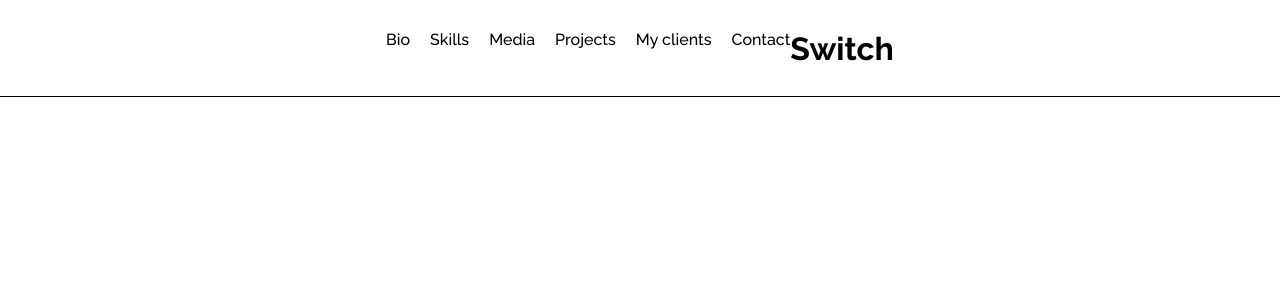
Repository: moataz305G/Personal-website
Page: index.html
The author's editor kept a copy of each file at every save. The page is drawn from the files as they stood at one save, then again after the next save.
The browser window is 1280 px wide. The pictures show the whole page.

Above is the page before, as saved 2025-12-10 10:01:11.

### index.html
<!DOCTYPE html>
<html lang="en">
  <head>
    <meta charset="UTF-8" />

    <meta name="viewport" content="width=device-width, initial-scale=1.0" />
    <link rel="preconnect" href="https://fonts.googleapis.com" />
    <link rel="preconnect" href="https://fonts.gstatic.com" crossorigin />
    <link
      href="https://fonts.googleapis.com/css2?family=Raleway:ital,wght@0,100..900;1,100..900&display=swap"
      rel="stylesheet"
    />

    <link rel="stylesheet" href="Style.css" />
    <title class="title">Moataz khimes</title>
  </head>
  <body>
    <div class="container">
      <header class="header">
        <nav class="navigation">
          <ul class="navigation__list">
            <li><a href="#" class="navigation__link">Bio</a></li>
            <li><a href="#" class="navigation__link">Skills</a></li>
            <li><a href="#" class="navigation__link">Media</a></li>
            <li><a href="#" class="navigation__link">Projects</a></li>
            <li><a href="#" class="navigation__link">My clients</a></li>
            <li><a href="#" class="navigation__link">Contact</a></li>
          </ul>
        </nav>

        <div class="tageel">
          <h1 class="tageel__title">Switch</h1>
        </div>
      </header>
    </div>
  </body>
</html>

### Style.css
:root {
  --container-width: 119rem;
  --guter: 6rem;

  --color-black: #000;
  --color-white: #fff;
  --color-blue: #2374e1;
  --color-lite-blue: #1d9bf0;
  --color-dark-blue: #0a66c2;
  --color-darker-blue: #143ce8;
  --color-red: #ff0000;
  --color-green: #03a696;
  --color-gray: #f6f6f6;
  --color-dark-green: #42959b;

  --color-background: var(--color-white);
  --color-text: var(--color-black);
  --color-box-img: var(--color-black);
  --color-link-bg: var(--color-black);
  --color-input-border: var(--color-black);

  --font-family-raleway: "Raleway", sans-serif;
  --font-family-poppins: "Poppins", sans-serif;

  --font-weight-regular: 400;
  --font-weight-medium: 500;
  --font-weight-semi-bold: 600;
  --font-weight-bold: 700;

  --font-size-70: 7rem;
  --font-size-65: 6.5rem;
  --font-size-40: 4rem;
  --font-size-38: 3.8rem;
  --font-size-24: 2.4rem;
  --font-size-22: 2.2rem;
  --font-size-20: 2rem;
  --font-size-18: 1.8rem;
  --font-size-15: 1.5rem;

  --transition-timing: 0.3s;
}
/* CSS Reset */
* {
  margin: 0;
  padding: 0;
}

*,
*::after,
*::before {
  box-sizing: border-box;
}

a {
  color: inherit;
  display: inline-block;
}

button {
  background-color: transparent;
  border: none;
  cursor: pointer;
}

ul,
ol {
  list-style: none;
}
/* END CSS Reset */
html {
  font-size: 62.5%;
  scroll-behavior: smooth;
  scroll-padding-top: 11rem;
}

body {
  font-size: 1.6rem;
  font-family: var(--font-family-raleway);
  background-color: var(--color-background);
  color: var(--color-text);
}

.container {
  max-width: var(--container-width);
  margin: 0 auto;
}
header {
  position: relative;
  padding: 3rem 0;
  display: flex;
  justify-content: center;
  z-index: 1;
}
.header::before {
  content: "";
  position: absolute;
  height: 100%;
  width: 100vw;
  border-bottom: 0.1rem solid var(--color-black);
  top: 0;
  z-index: 0;
}

.navigation__list {
  display: flex;
  gap: 2rem;
}
.navigation__link:link,
.navigation__link:visited {
  text-decoration: none;
  font-weight: var(--font-weight-medium);
}
.navigation__link:hover,
.navigation__link:active {
  text-decoration: underline;
  color: var(--color-text);
}

After the next save:
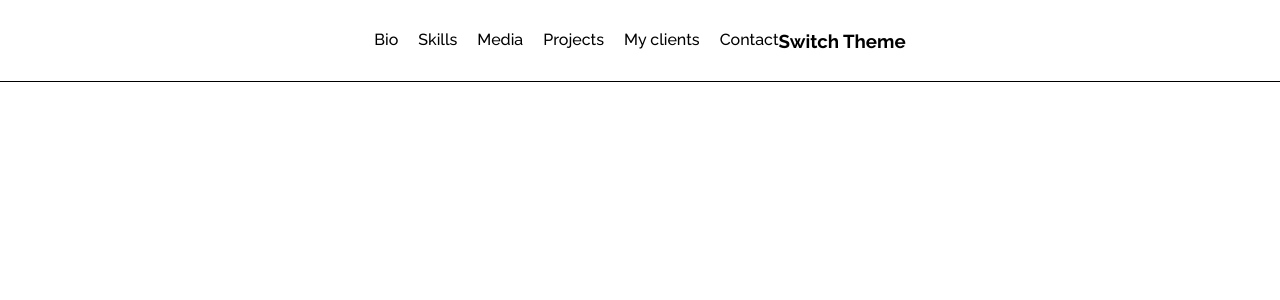
Saved 28 s later.
--- a/index.html
+++ b/index.html
@@ -29,7 +29,7 @@
         </nav>
 
         <div class="tageel">
-          <h1 class="tageel__title">Switch</h1>
+          <h3 class="tageel__title">Switch Theme</h3>
         </div>
       </header>
     </div>
